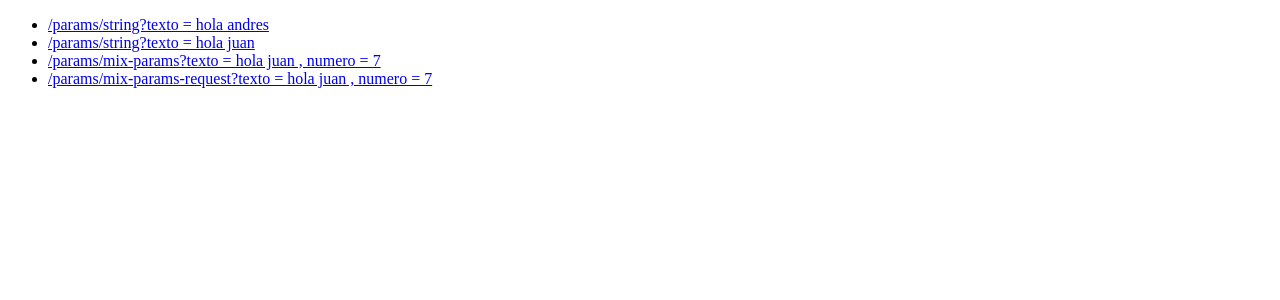
Repository: FrancoFazzito/Spring
Page: http://localhost/Params/index
The author's editor kept a copy of each file at every save. The page is drawn from the files as they stood at one save, then again after the next save.
The browser window is 1280 px wide. The pictures show the whole page.
The page is this project's Thymeleaf template; nobody is signed in. The template is opened directly, without the code that normally fills it, so the values that code supplies are empty.

Above is the page before, as saved 2020-01-02 22:11:15.

After the next save:
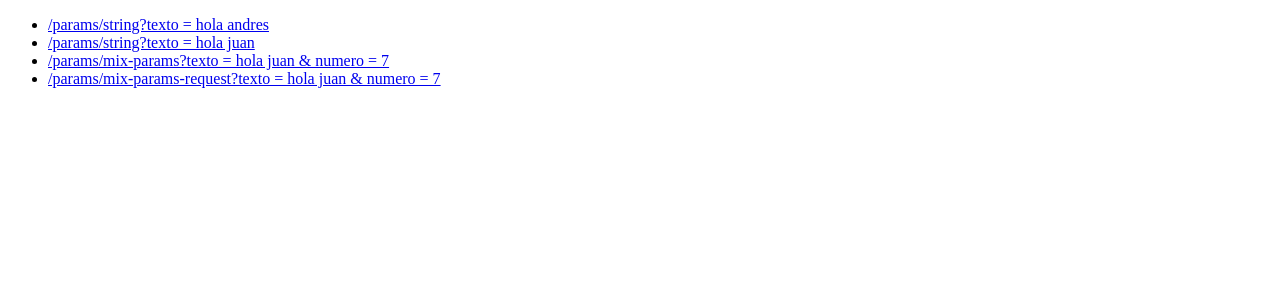
Saved 38 s later.
--- a/spring-boot-primer-proyecto/src/main/resources/templates/Params/index.html
+++ b/spring-boot-primer-proyecto/src/main/resources/templates/Params/index.html
@@ -13,10 +13,10 @@
 		<a th:href="@{/params/string(texto = 'hola juan')}">/params/string?texto = hola juan</a>
 		</li>
 		<li>
-		<a th:href="@{/params/mix-params(texto = 'hola juan', numero = 7 )}">/params/mix-params?texto = hola juan , numero = 7 </a>
+		<a th:href="@{/params/mix-params(texto = 'hola juan', numero = 7 )}">/params/mix-params?texto = hola juan & numero = 7 </a>
 		</li>
 		<li>
-		<a th:href="@{/params/mix-params-request(texto = 'hola juan', numero = 7 )}">/params/mix-params-request?texto = hola juan , numero = 7 </a>
+		<a th:href="@{/params/mix-params-request(texto = 'hola juan', numero = 7 )}">/params/mix-params-request?texto = hola juan & numero = 7 </a>
 		</li>
 	</ul>
 </body>
